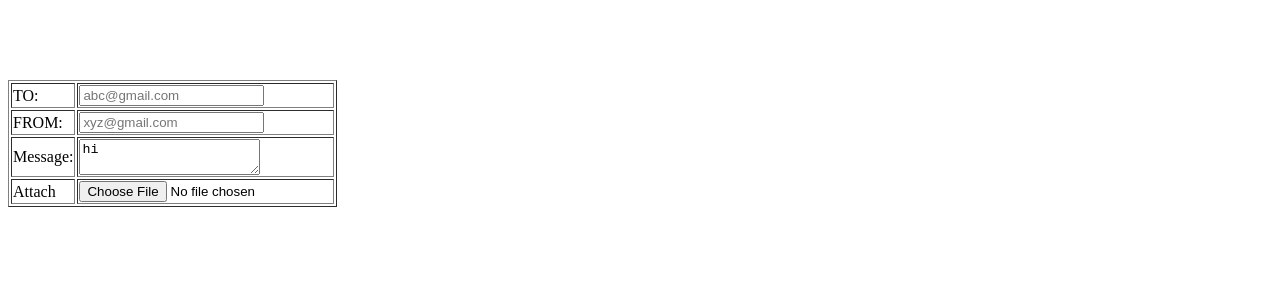
Repository: SarfarazG/java
Page: http://localhost/mailing_system/Compose.jsp
The author's editor kept a copy of each file at every save. The page is drawn from the files as they stood at one save, then again after the next save.
The browser window is 1280 px wide. The pictures show the whole page.
The page is served by Tomcat 9.

Above is the page before, as saved 2016-09-03 10:18:56.

After the next save:
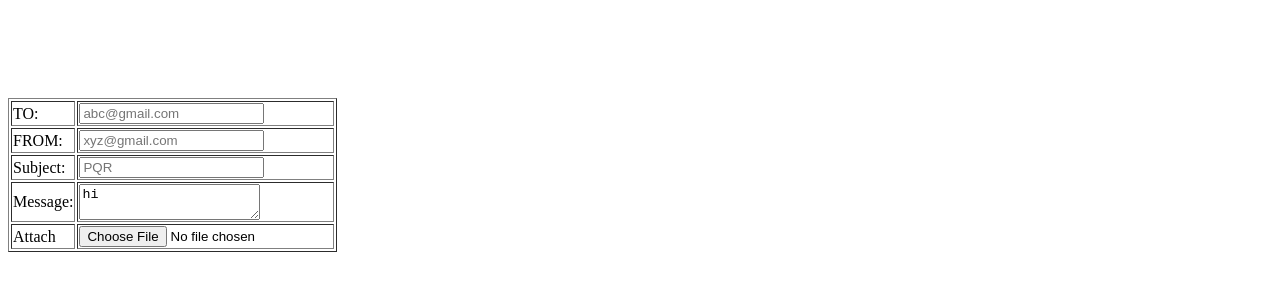
Saved 82 s later.
--- a/mailing_system/WebContent/Compose.jsp
+++ b/mailing_system/WebContent/Compose.jsp
@@ -11,6 +11,7 @@
 <table border="1">
 <tr><td>TO: </td><td><input type="text" name="sendto" placeholder="abc@gmail.com"></td></tr><br>
 <tr><td>FROM: </td><td><input type="text" name="from" placeholder="xyz@gmail.com"></td></tr><br>
+<tr><td>Subject: </td><td><input type="text" name="sub" placeholder="PQR"></td></tr><br>
 <tr><td>Message: </td><td><textarea>hi</textarea></td></tr><br>
 <tr><td>Attach </td><td><input type="file" name="file"></td></tr><br>
 </table>
